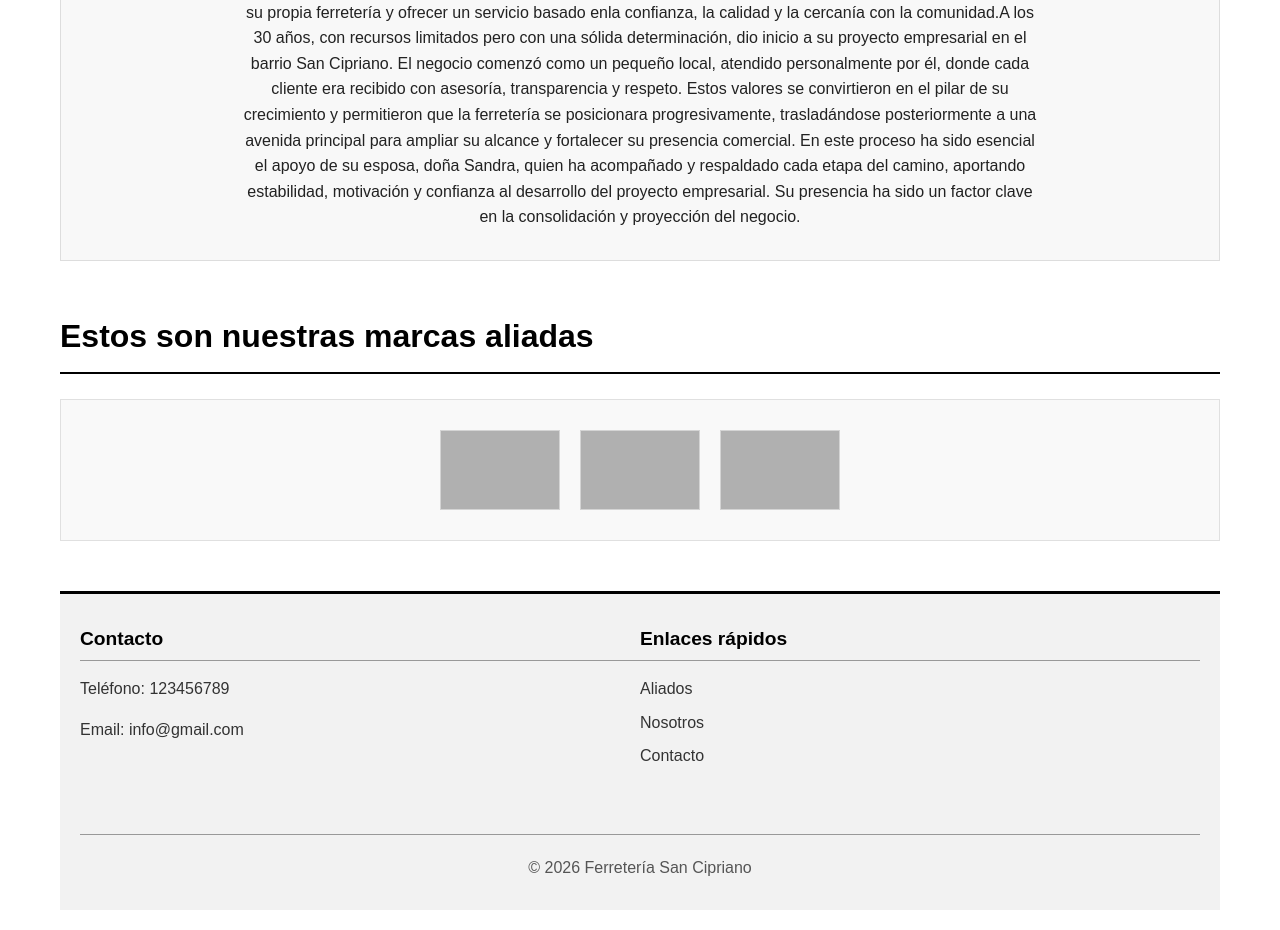
Repository: Sevanjo/ferreteria-web
Page: INDEX/index.html
These files come from the project's save history. The page is drawn as it stood at one moment and after the next save; the edit follows.
The browser window is 1280 px wide. The pictures show the part of the page from y = 3090 to 4042 px (the page is 4020 px tall before and 4075 px after).
Pictures or frames that could not be fetched are drawn as grey boxes. A picture or video elsewhere on the page could not be fetched, so the positions and the page height are approximate.

Above is the page before, as saved 2026-02-19 19:30:43.

After the next save:
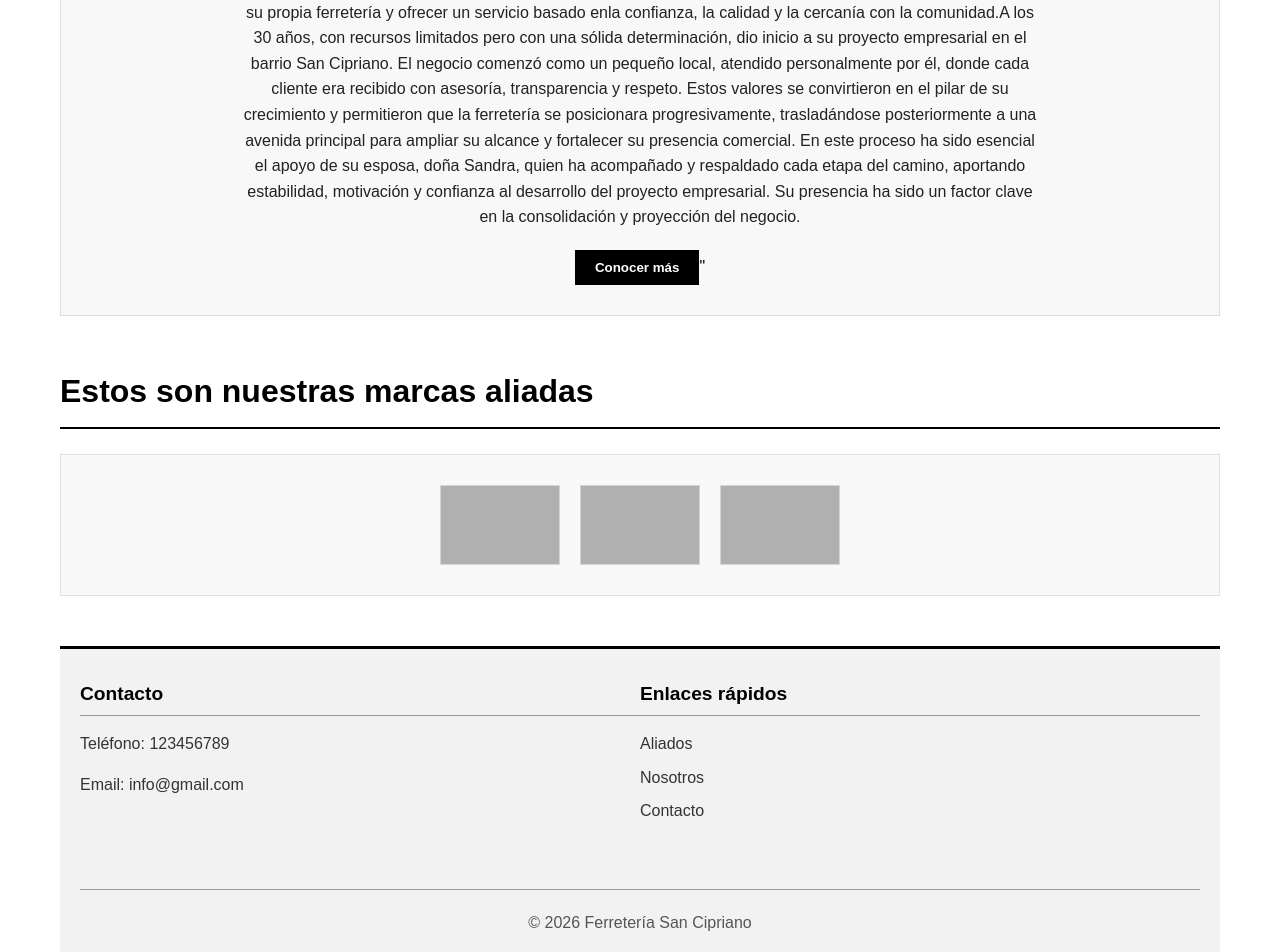
Saved 2 s later.
--- a/INDEX/index.html
+++ b/INDEX/index.html
@@ -103,7 +103,8 @@
                 En este proceso ha sido esencial el apoyo de su esposa, doña Sandra, quien ha acompañado y respaldado cada
                 etapa del camino, aportando estabilidad, motivación y confianza al desarrollo del proyecto empresarial.
                 Su presencia ha sido un factor clave en la consolidación y proyección del negocio.
-            </p> <!-- boton pagina agegar mas-->
+            </p>
+            <button class="btn btn-historia"> Conocer más</button>"
 			</section>
 			<section id="aliados">
 				<h2> Estos son nuestras marcas aliadas </h2>
